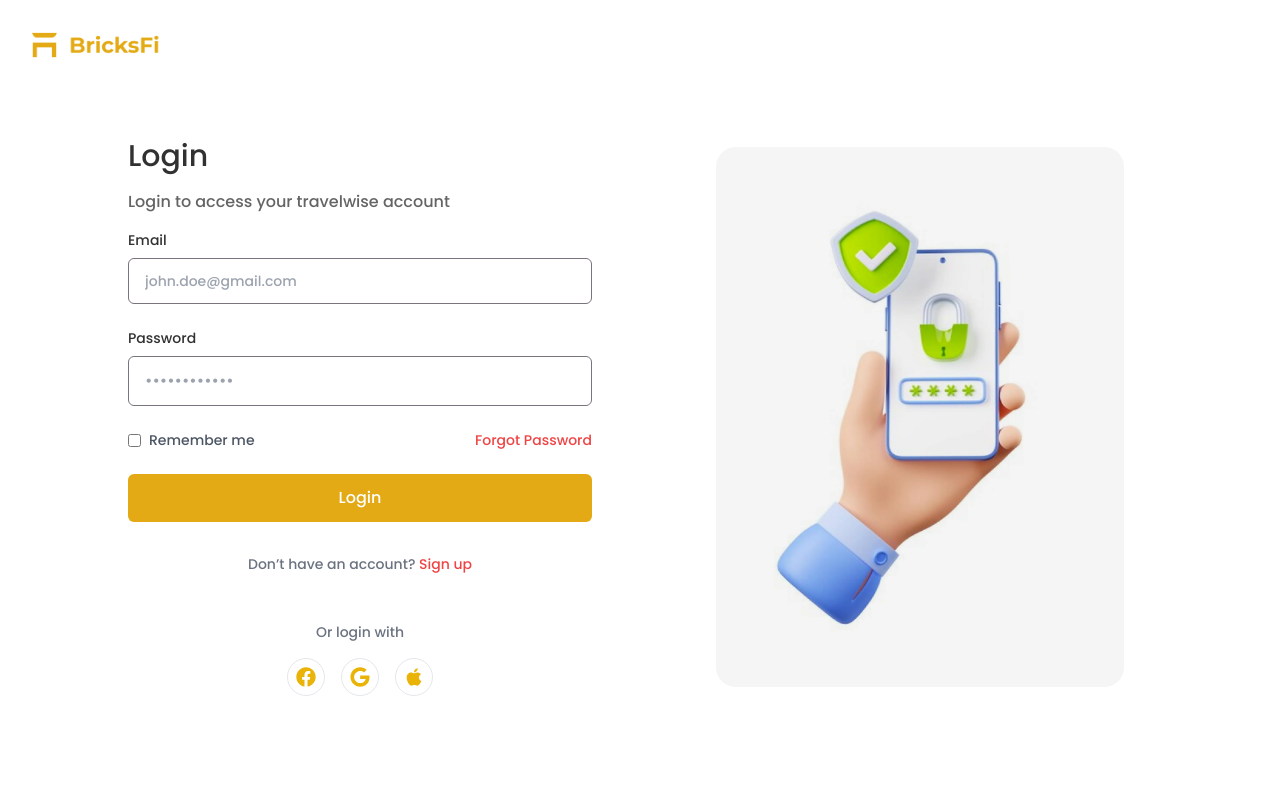
Repository: AyomideAkintade/BricksFi-Frontend
Page: /login (app in client/)
These files come from the project's save history. The page is drawn as it stood at one moment and after a run of saves; the edit follows.
The browser window is 1280 px wide. The pictures show the whole page.
The project was rebuilt for these pictures with package versions that can differ from the ones it lists, and the page was loaded fresh each time. Also part of the build but not shown: client/src/components/navbar.jsx, client/src/components/home.jsx, client/src/components/homeSecond.jsx, client/src/components/homeThird.jsx, client/src/components/homeFifth.jsx, client/src/components/homeSixth.jsx, client/src/components/homeSeventh.jsx, client/src/components/signup.jsx and 14 more.

Above is the page before, as saved 2024-10-04 22:07:51.

After the next 2 saves:
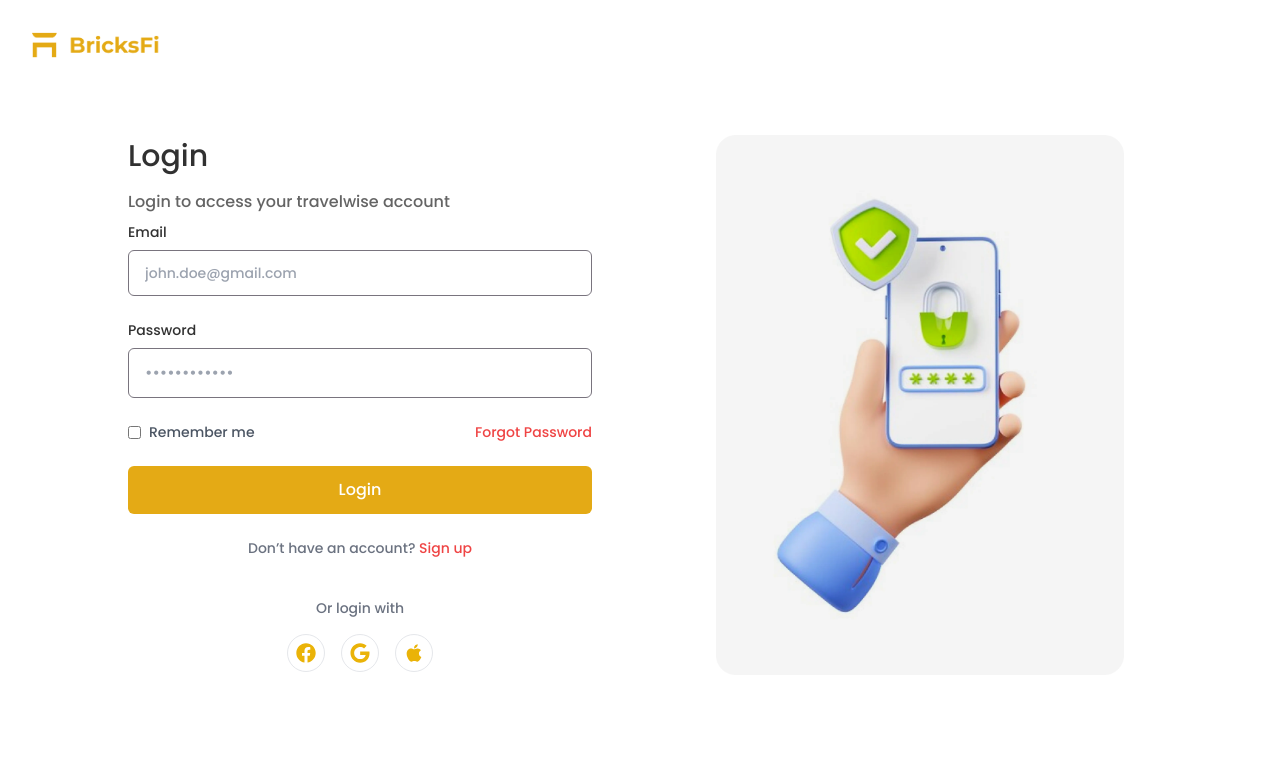
The 2 saves are shown as one change because they came seconds apart.
The last was saved 9 s later.
--- a/client/src/components/login.jsx
+++ b/client/src/components/login.jsx
@@ -32,7 +32,7 @@ const LoginPage = () => {
 
           <div className="flex p-12 w-full items-center">
 
-          <div className="w-1/2 px-12 py-8 flex flex-col gap-4 text-[#313131]">
+          <div className="w-1/2 px-12 py-8 flex flex-col gap-2 text-[#313131]">
             <div className="flex flex-col gap-4">
               <div className="text-3xl font-regular">Login</div>
               <div className="text-[#313131] text-base opacity-75">Login to access your travelwise account</div>
